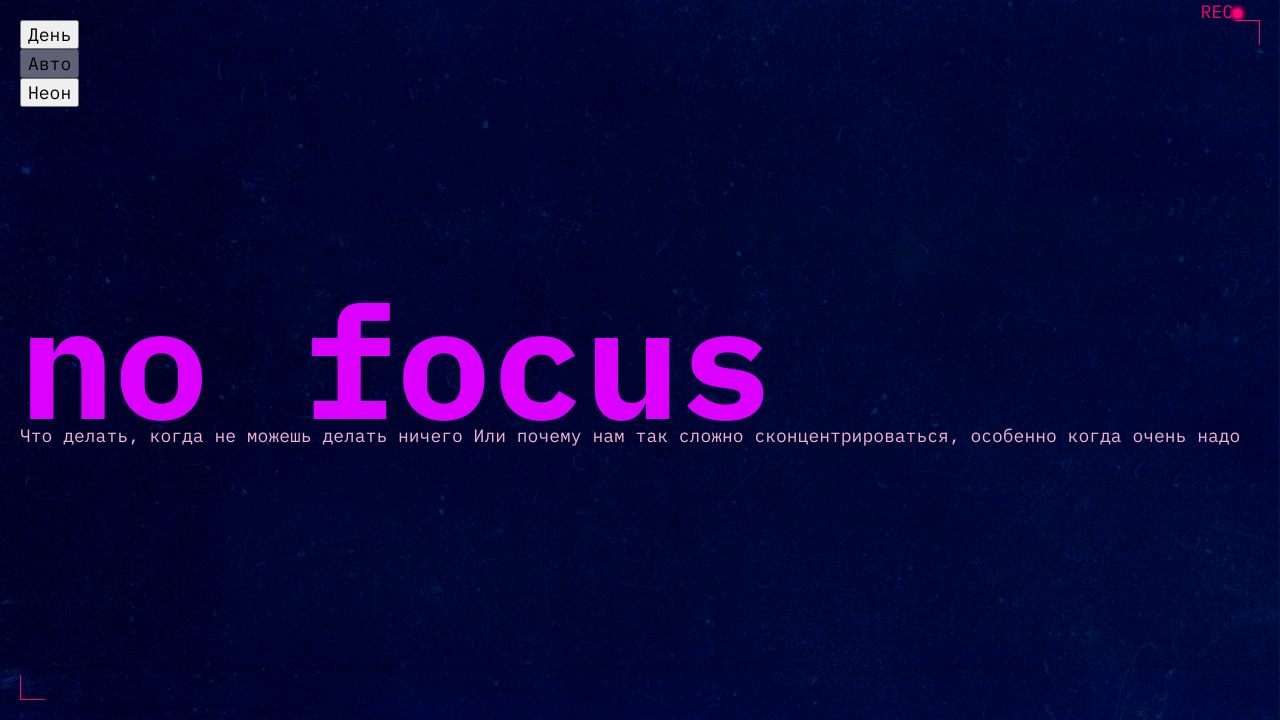
Repository: Hadoooouken/slozhno-sosredotochitsya
Page: index.html
An editor plug-in stored every save of this project. The page is shown before and after the next save, followed by the edit.
The browser window is 1280 px wide. The pictures show the whole page.

Above is the page before, as saved 2024-01-20 00:17:51.

### index.html
<!DOCTYPE html>
<html lang="ru">
  <head>
    <meta charset="UTF-8" />
    <meta http-equiv="X-UA-Compatible" content="IE=edge" />
    <meta name="viewport" content="width=device-width, initial-scale=1.0" />
    <meta name="color-scheme" content="dark light">
    <link rel="icon" href="images/favicon.svg" sizes="any" />
    <link rel="stylesheet" href="fonts/fonts.css" />
    <link rel="stylesheet" href="styles/globals.css" />
    <link rel="stylesheet" href="./styles/variables.css" />
    <link rel="stylesheet" href="scripts/script.js" />
    <link rel="stylesheet" href="./styles/style.css" />
    <link rel="stylesheet" href="./styles/dark.css" />
    <link rel="stylesheet" href="./styles/light.css" />
    <title>Сложно сосредоточиться</title>
  </head>
  <body class="page">
    <header class="header decorated-zone">
      <div class="decoration__element" aria-hidden="true"></div>
      <nav class="header__theme-menu">
        <ul class="header__theme-menu-list">
          <li class="header__theme-menu-item">
            <button
              class="header__theme-menu-button header__theme-menu-button_type_light"
            >
              День
            </button>
          </li>
          <li class="header__theme-menu-item">
            <button
              class="header__theme-menu-button header__theme-menu-button_active header__theme-menu-button_type_auto"
              disabled
            >
              Авто
            </button>
          </li>
          <li class="header__theme-menu-item">
            <button
              class="header__theme-menu-button header__theme-menu-button_type_dark"
            >
              Неон
            </button>
          </li>
        </ul>
      </nav>
      <h1 class="header__title">no focus</h1>
    <p class="header__text">Что делать, когда не можешь делать ничего Или почему нам так сложно сконцентрироваться, особенно когда очень надо
      </p>

    </header>

    <script src="./scripts/script.js"></script>
  </body>
</html>

### styles/variables.css
:root {/*
  Переменные для вашего проекта
  и их переопределение под различные устройства
*/
--main-font:'IBM Plex mono';
--title-color:#DB00FF;
--subtitle-color:#000028;
--text-color: #F1B2CE;
--section-title: #FF0070;


}

### scripts/script.js
const themeButtons = document.querySelectorAll('.header__theme-menu-button');

themeButtons.forEach((button) => {
  button.addEventListener('click', () => {
    themeButtons.forEach((btn) => {
      btn.classList.remove('header__theme-menu-button_active');
      btn.removeAttribute('disabled');
    });
    if (
      [...button.classList].includes('header__theme-menu-button_type_light')
    ) {
      changeTheme('light');
    } else if (
      [...button.classList].includes('header__theme-menu-button_type_dark')
    ) {
      changeTheme('dark');
    } else {
      changeTheme('auto');
    }
    button.classList.add('header__theme-menu-button_active');
    button.setAttribute('disabled', true);
  });
});

function changeTheme(theme) {
  document.body.className = 'page';
  document.body.classList.add(`theme_${theme}`);
  localStorage.setItem('theme', theme);
}

function initTheme() {
  const theme = localStorage.getItem('theme');
  if (theme) {
    changeTheme(theme);
    themeButtons.forEach((btn) => {
      btn.classList.remove('header__theme-menu-button_active');
      btn.removeAttribute('disabled');
    });
    document
      .querySelector(`.header__theme-menu-button_type_${theme}`)
      .classList.add('header__theme-menu-button_active');
    document
      .querySelector(`.header__theme-menu-button_type_${theme}`)
      .setAttribute('disabled', true);
  }
}

initTheme();

### styles/style.css
/* Основные стили проекта. Это стили для темы, которую вы верстаете первой. */

.page {
  /* сохраните в разметке и стилях класс page. На его основе работает скрипт. */

  background-color: #000028;
  background-image: url(/images/cover-image-dark.png);
  background-attachment: fixed;
  background-position: center;
  background-size: cover;
  font-family: "IBM Plex mono";
  font-size: 18px;
}

.header {
  position: relative;
  block-size: 100vh;
  min-height: 375px;
  height: 100vh;
  padding: 20px;
  display: grid;
  grid-template-rows: 1fr min-content 1fr;
}

.decorated-zone::before {
  content: "";
  position: absolute;
  border-top: 1px solid #ff0070;
  border-right: 1px solid #ff0070;
  right: 20px;
  top: 20px;
  width: 25px;
  height: 25px;
}

.decorated-zone::after {
  content: "";
  position: absolute;
  border-bottom: 1px solid #ff0070;
  border-left: 1px solid #ff0070;
  left: 20px;
  bottom: 20px;
  width: 25px;
  height: 25px;
}
.decoration__element {
  position: absolute;
  right: 38px;
  top: px;

}

.decoration__element::before {
  content: "REC";
  color: #ff0070;
  font-family: inherit;
  display: inline-block;


}

.decoration__element::after {
  content: "";
  background-color: #ff0070;
  width: 9px;
  height: 9px;
  border-radius: 4px;
  display: inline-block;
  box-shadow: 0px 0px 4px 2px #ff0070;
}

.header__title {
  font-family: var(--main-font);
  font-size: clamp(7.5rem, 0.5625rem + 14.4531vw, 9.8125rem);
  text-shadow: 10px 10px 10px 10px;
  color: var(--title-color);
  line-height: 82.5%; /* 129.525px */
}

.header__text {
  color: var(--text-color);
}

.header__theme-menu-list {
}

### styles/dark.css
/*
  Специально для тёмной темы при наличии класса,
  здесь окажутся стили, которые нужно переопределить принудительно,
  переключая тему
*/

.page.theme_dark {
  /* сохраните этот селектор в приведённом виде.
    Так стили написанные ниже будут иметь больший вес,
    чем стили в медиазапросе предпочтений пользователя
  */
  --main-font:'IBM Plex mono';
--title-color:#DB00FF;
--subtitle-color:#000028;
--text-color: #F1B2CE;
--section-title: #FF0070;

}

Loaded but not shown: fonts/fonts.css (common file); styles/globals.css (common file); styles/light.css (common file)

After the next save:
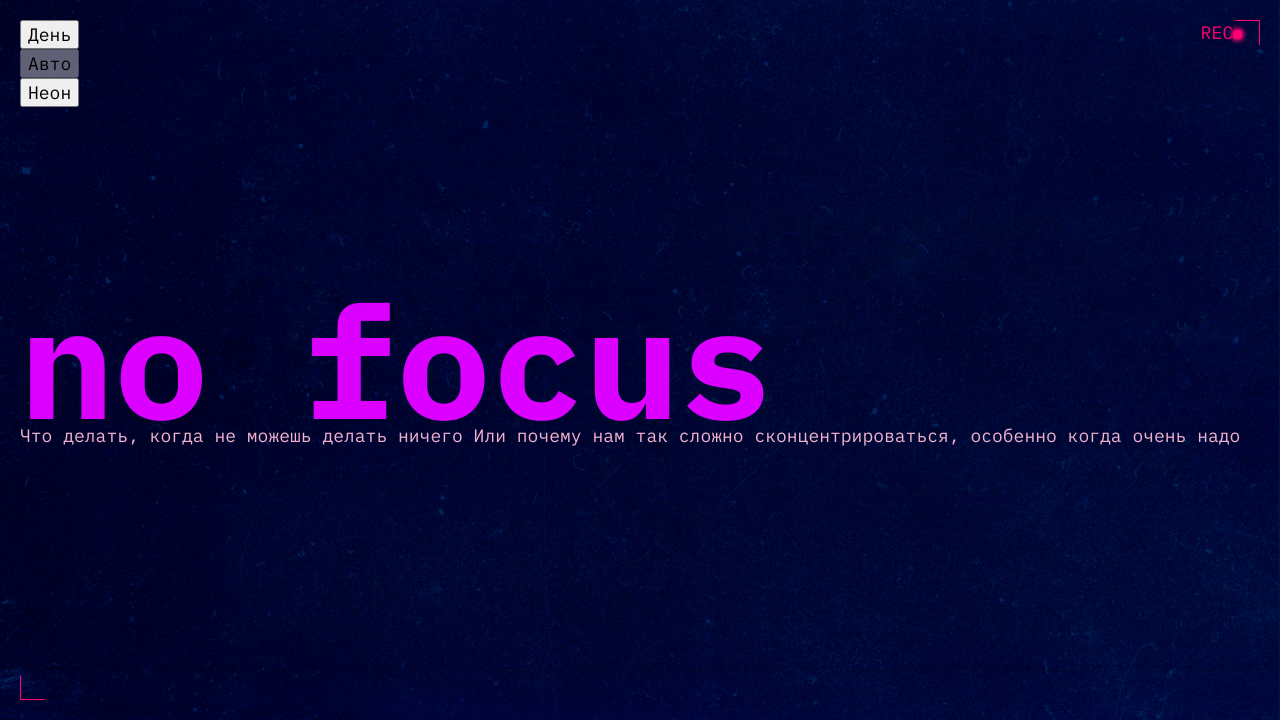
Saved 9 s later.
--- a/styles/style.css
+++ b/styles/style.css
@@ -46,7 +46,7 @@
 .decoration__element {
   position: absolute;
   right: 38px;
-  top: px;
+  top: 21px;
 
 }
 
